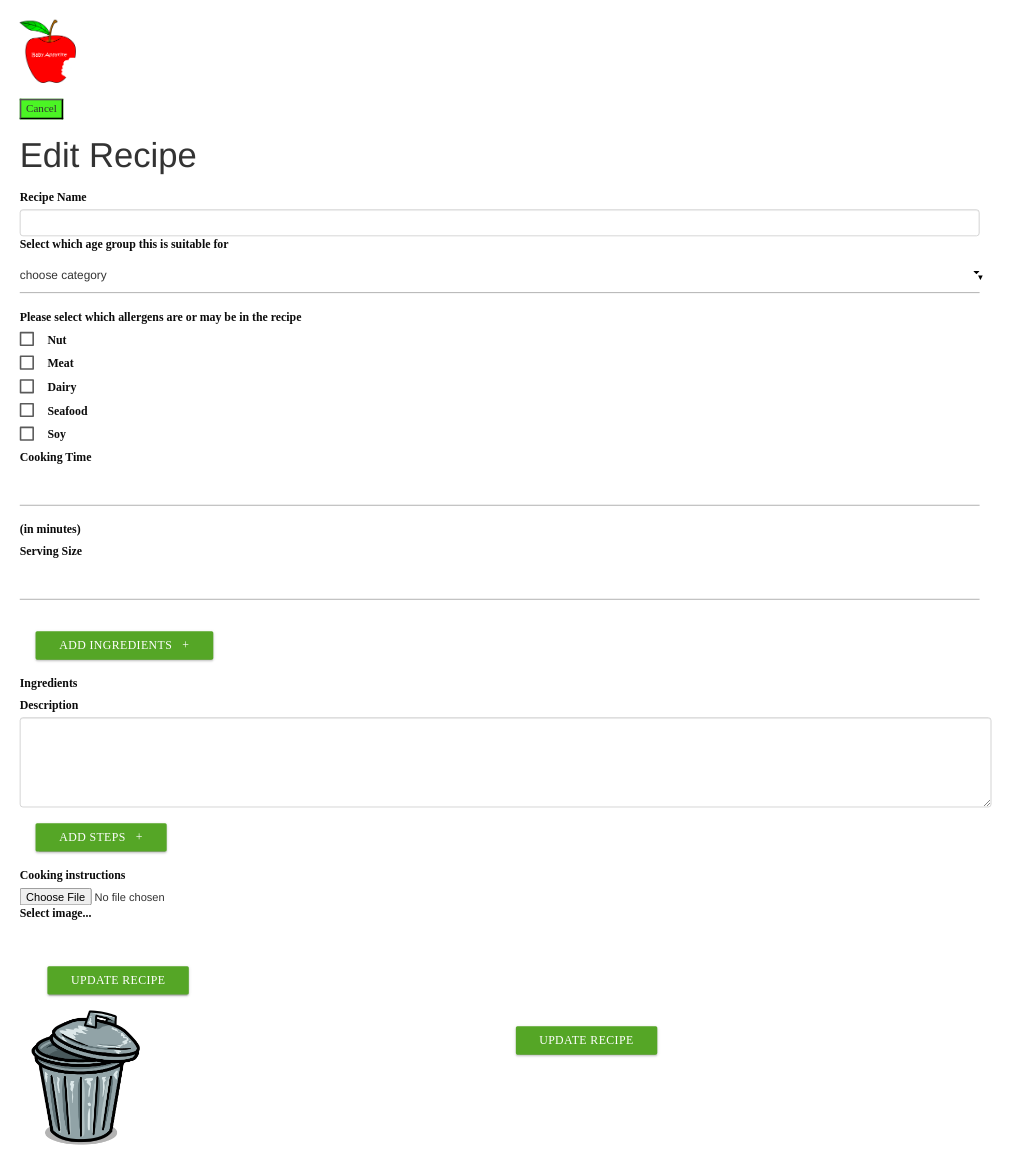
Repository: blueag8/babyappytite
Page: templates/editrecipe.html
The author's editor kept a record of every edit. The page is drawn from the files as they stood at one moment, then again after the next edit.
The browser window is 1280 px wide. The pictures show the whole page, at 79% of full size.
Some web fonts or font styles are not loaded; a fallback is used. Some web libraries are served in a nearby version. The page is served by the project's application, run on Flask 3 (app.py). The template is opened directly, without the code that normally fills it, so the values that code supplies are empty.

Above is the page before.

After the next edit:
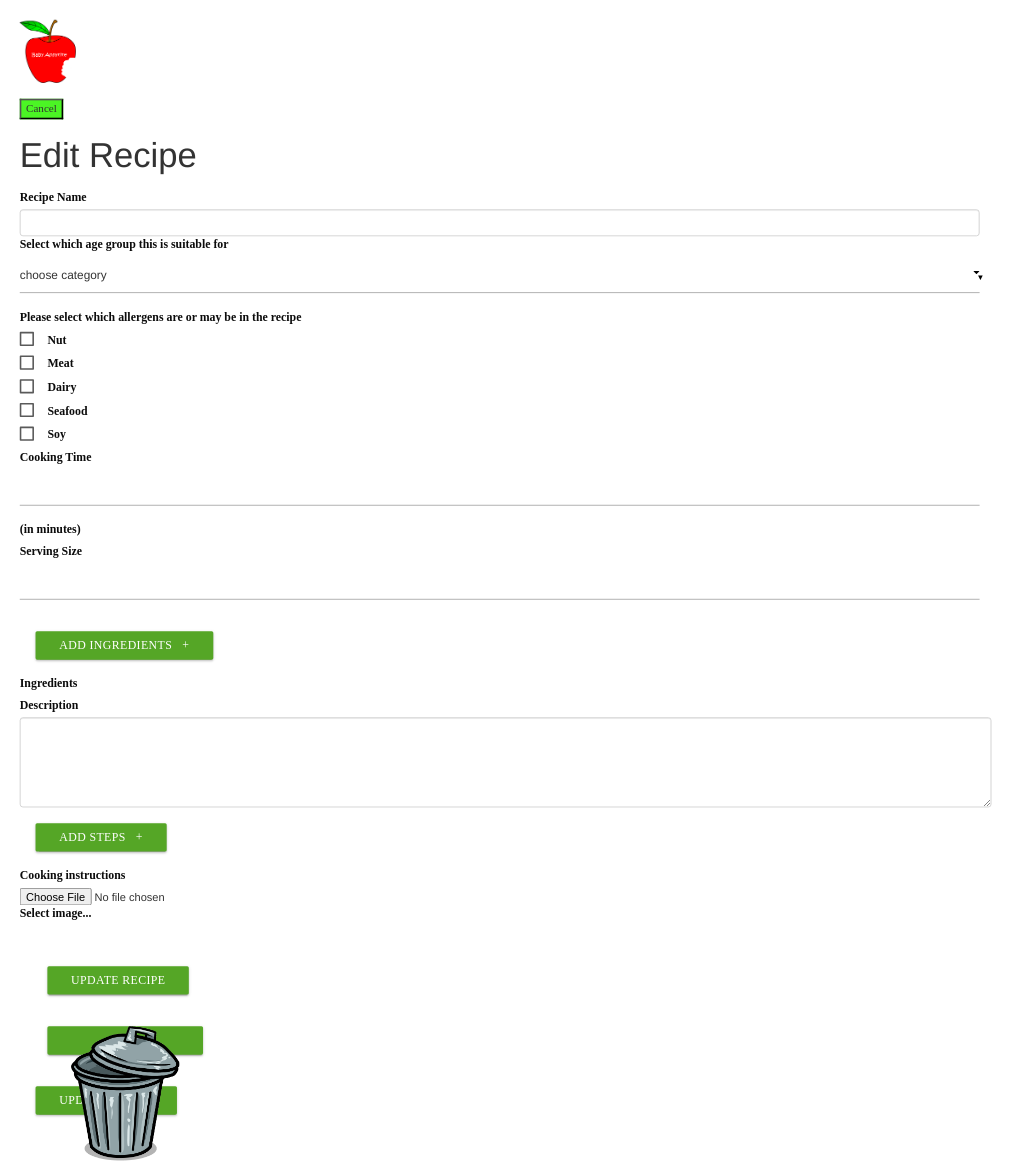
The edit:
--- a/templates/editrecipe.html
+++ b/templates/editrecipe.html
@@ -185,7 +185,7 @@
 
 <!-------bootstrap---------->
   <div class="col-xs-12 col-sm-4 col-md-6">
-     <div class="delete img">
+     <button type="button" class="btn btn-primary" data-toggle="modal" data-target="#exampleModalCenter">
        <a href="{{url_for('delete_recipe', recipe_id=recipe._id)}}"><img src="/static/image/bin.png" alt="delete a recipe"></a>
      </div>
     </div>
